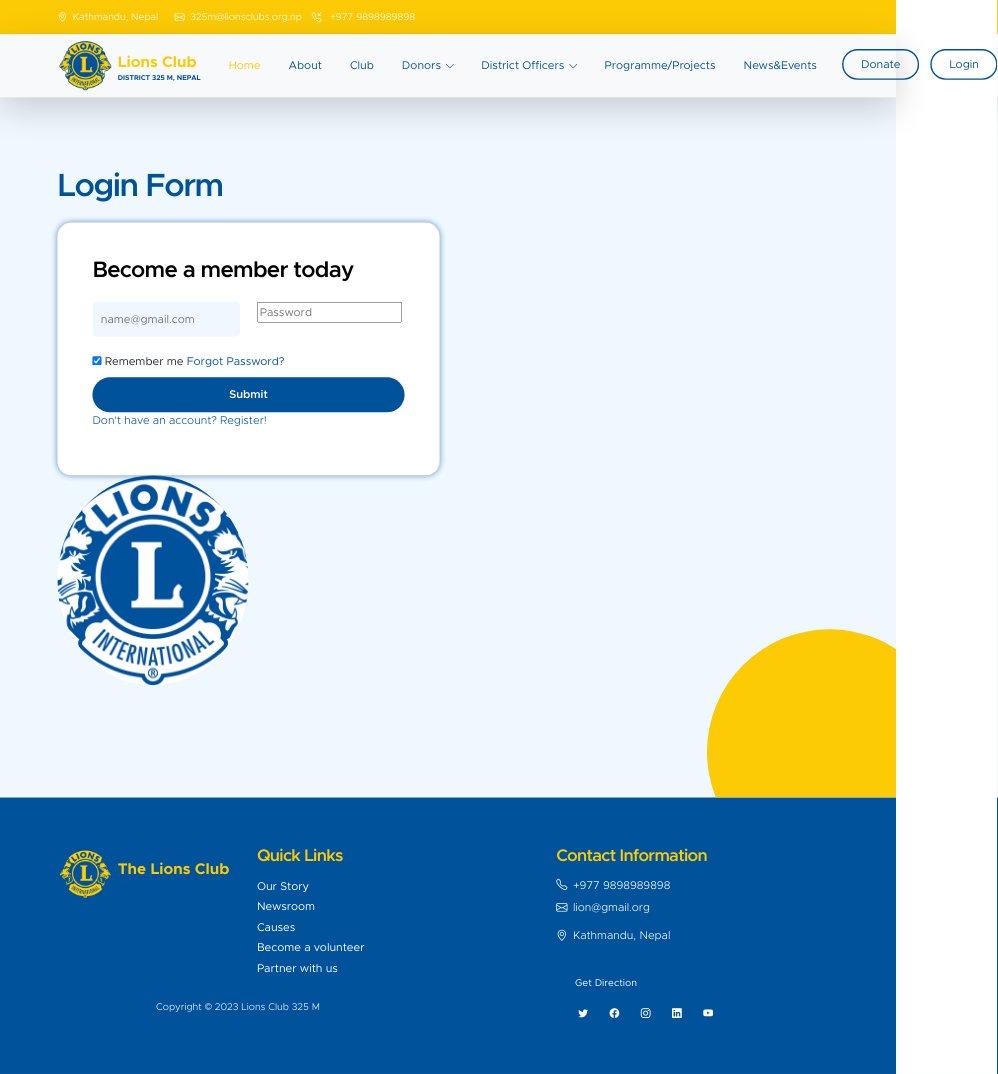
Repository: sandhya8109/Lions
Page: http://localhost/login.php
An editor plug-in stored every save of this project. The page is shown before and after the next save, followed by the edit.
The browser window is 1280 px wide. The page is 1425 px wide, so the pictures cover 1425 px, including what lies to the right of the window. The pictures show the whole page, at 70% of full size.
The page is run by PHP 8.4 with error messages shown; the project is at /var/www/html/.

Above is the page before, as saved 2023-06-18 12:01:11.
Console error: TypeError: Cannot read properties of undefined (reading 'top')

After the next save:
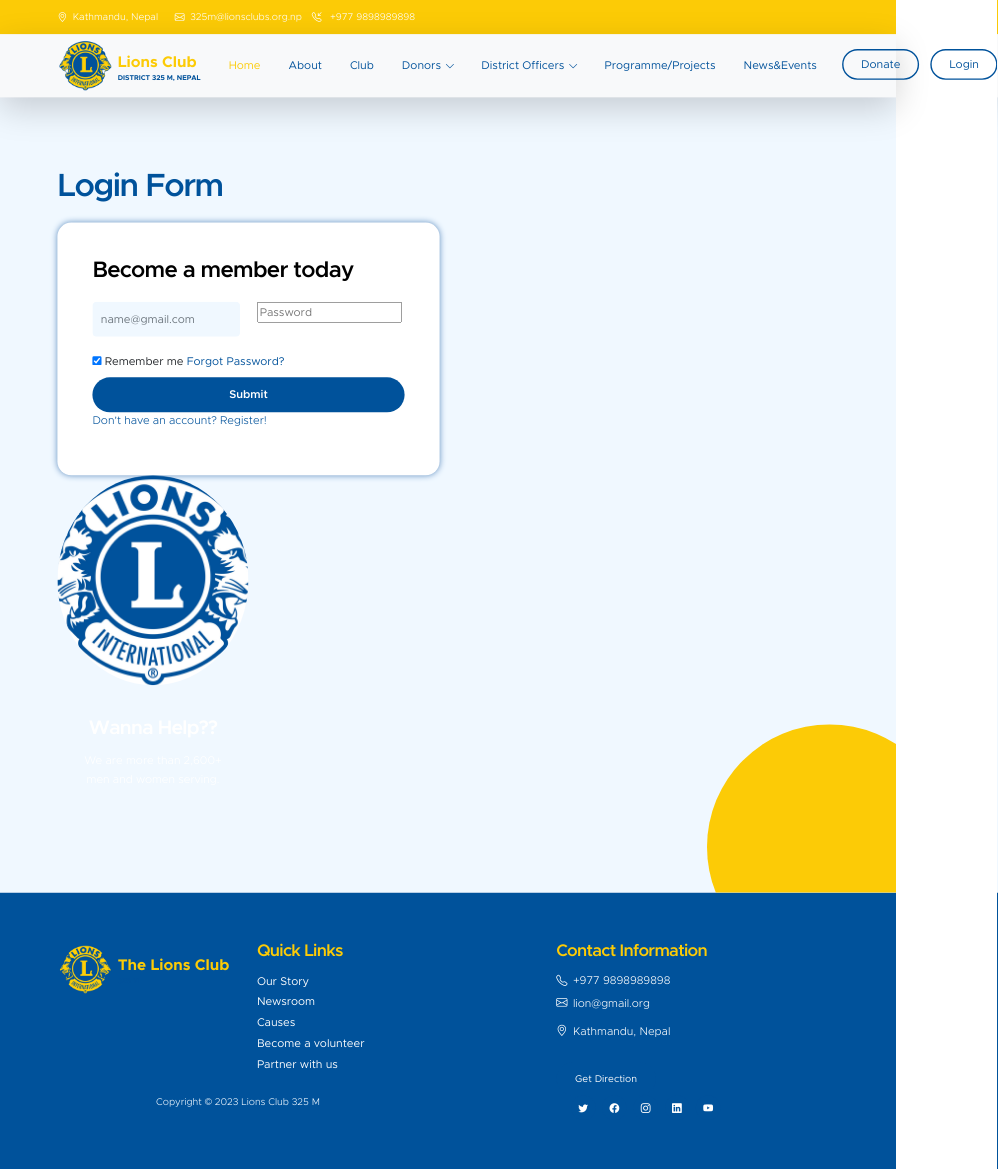
Saved 10 s later.
--- a/login.php
+++ b/login.php
@@ -40,9 +40,9 @@
                 <img src="images/bluelion.jpg" class="volunteer-image img-fluid" alt="">
 
                 <div class="custom-block-body text-center">
+                    <h4 class="text-white mt-lg-3 mb-lg-3">Wanna Help??</h4>
 
-
-
+                    <p class="text-white">We are more than 2,600+ men and women serving.</p>
                 </div>
             </div>
 
